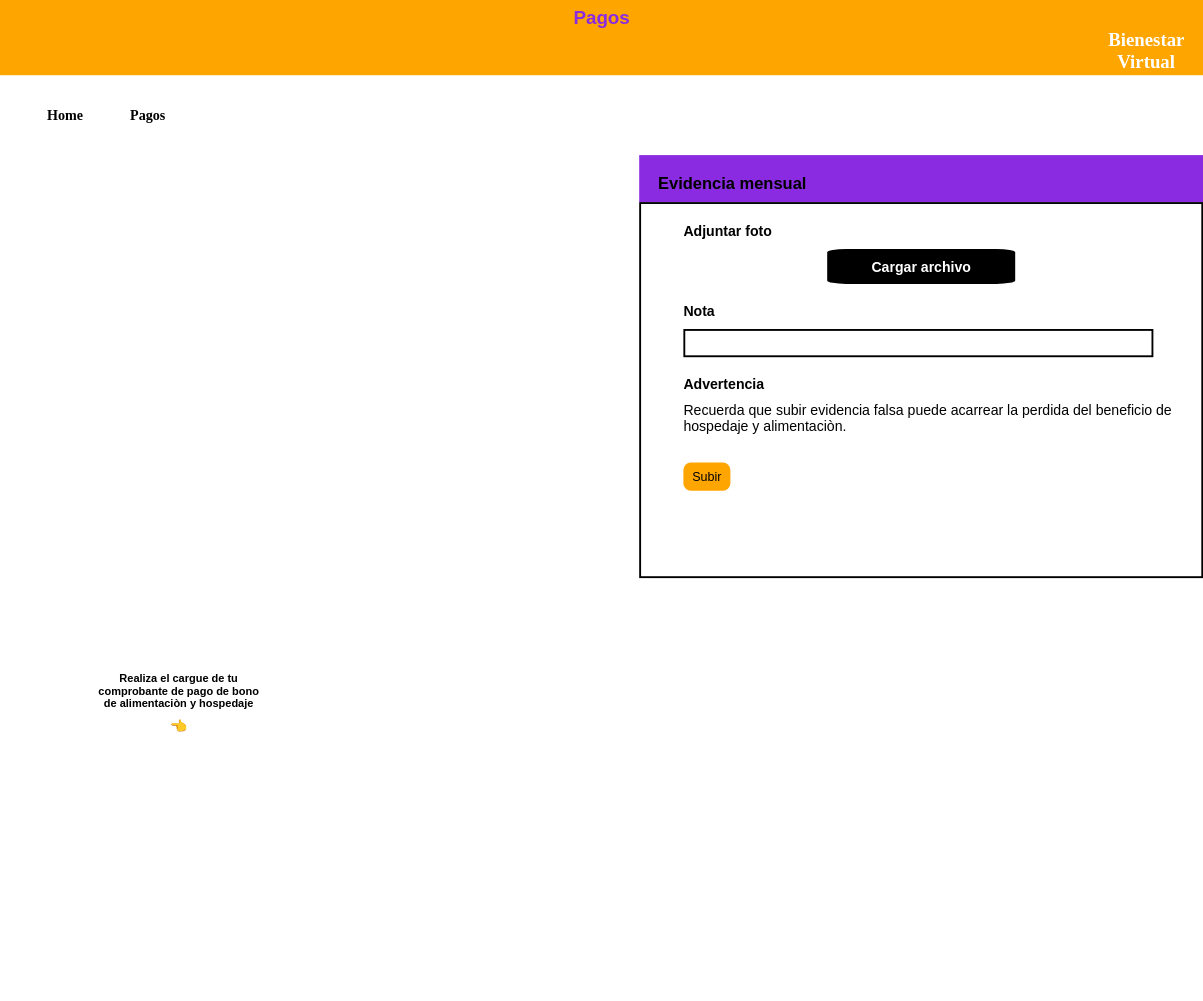
Repository: Diani123/Mis-actividades
Page: softwarebienestarinstitucional/pagos.html
The author's editor kept a copy of each file at every save. The page is drawn from the files as they stood at one save, then again after a run of saves.
The browser window is 1280 px wide. The pictures show the whole page, at 94% of full size.

Above is the page before, as saved 2023-02-12 20:40:04.

### softwarebienestarinstitucional/pagos.html
<!DOCTYPE html>
<html lang="en">
  <head>
    <meta charset="UTF-8" />
    <meta http-equiv="X-UA-Compatible" content="IE=edge" />
    <meta name="viewport" content="width=device-width, initial-scale=1.0" />
    <link rel="stylesheet" href="./pagos.css" />
    <title>Document</title>
  </head>
  <body>
    <header>
      <div class="Encabezado">
        <h2 class="title1">Pagos</h2>
        <h2 class="title2">Bienestar</h2>
        <h2 class="title3">Virtual</h2>
      </div>
    </header>
    <div class="Items">
      <a href="./home.html" class="item"><h2 class="item-title">Home</h2></a>
      <a href="./pagos.html" class="item"><h2 class="item-title">Pagos</h2></a>
    </div>
    <div class="ContainerT">
      <div class="contenedor0">

      </div>

      <div class="contenedor1">
      <div class="ContainerTitle">
        <h3 class="title4">Evidencia mensual</h3>
      </div>
      <div class="Container-dowload">
        <form
          action="../../form-result.php"
          method="post"
          enctype="multipart/form-data"
          target="_blank"
        >
          <p class="textt">Adjuntar foto</p>
          <br />

          <div class="custom-input-file col-md-6 col-sm-6 col-xs-6">
            <input
              type="file"
              id="fichero-tarifas"
              class="input-file"
              value=""
            />
            Cargar archivo
          </div>

          <p class="textt">Nota</p>
          <br />
          <section class="Section-nota">
            <input class="input3" type="text" name="" id="" />
          </section>
          <p class="textt">Advertencia</p>
          <br />
          <h2 class="advertencia">
            Recuerda que subir evidencia falsa puede acarrear la perdida del
            beneficio de hospedaje y alimentaciòn.
          </h2>
          <button class="boton">Subir</button>
        </form>
      </div>
      </div>
      <div class="contenedor2">
        <h3>Realiza el cargue de tu comprobante de pago de bono de alimentaciòn y hospedaje</h3>
        <h2 class="text-contenedor2">👈</h2>
      </div>
    </div>

  </body>
</html>

### softwarebienestarinstitucional/pagos.css
* {
  margin: 0;
  padding: 0;
  box-sizing: border-box;
}
html {
  font-size: 62.5%;
}
html,
body {
  min-height: 100%;
}
.Encabezado {
  display: flex;
  flex-direction: column;
  width: 100%;
  height: 80px;
  background-color: orange;
}
.Items {
  display: flex;
  flex-direction: row;
  text-align: left;
  height: 50px;
  margin-top: 15px;
  margin-bottom: 20px;
}
.title1 {
  padding-top: 8px;
  text-align: center;
  font-size: 2rem;
  font-family: Arial, Helvetica, sans-serif;
  color: blueviolet;
}
.title2 {
  text-align: end;
  margin-right: 20px;
  font-size: 2rem;
  color: white;
}
.title3 {
  text-align: end;
  margin-right: 30px;
  font-size: 2rem;
  color: white;
  padding-top: px;
}
.item-title {
  padding-top: 20px;
  padding-left: 50px;
  color: black;
}
.item {
  text-decoration: none;
}
.item:hover {
  border-bottom: solid 2px orange;
  border-width: 2px;
}

.ContainerTitle {
  margin-left: 300px;
  height: 50px;
  width: 600px;
  background-color: blueviolet;
  padding-left: 20px;
  padding-top: 20px;
  font-size: 1.5rem;
  font-family: Arial, Helvetica, sans-serif;
}
.Container-dowload {
  margin-left: 300px;
  width: 600px;
  height: 400px;
  border: solid 2px black;
}
.ContainerT {
  display: grid;
  grid-template-columns: repeat(2, 1fr);
  grid-template-rows: repeat(2, 1fr);
  grid-column-gap: 0px;
  grid-row-gap: 0px;
}

.textt {
  margin-top: 20px;
  margin-left: 45px;
  font-size: 1.5rem;
  font-weight: 700;
  font-family: Arial, Helvetica, sans-serif;
}
.section1 {
  width: 500px;
  height: 80px;
  margin-left: 45px;
  border: solid 2px black;
  justify-content: center;
  align-items: center;
}

.input3 {
  width: 500px;
  height: 30px;
  margin-left: 45px;
  border: solid 2px black;
}
.advertencia {
  margin-left: 45px;
  font-weight: 100;
  font-family: Arial, Helvetica, sans-serif;
}
.boton {
  margin-top: 30px;
  margin-left: 45px;
  width: 50px;
  height: 30px;
  background-color: orange;
  border-radius: 8px;
  border: none;
  cursor: pointer;
}
.boton:hover {
  box-shadow: 0 0 20px blueviolet;
}
.custom-input-file {
  background-color: black;
  color: #fff;
  cursor: pointer;
  font-size: 1.5rem;
  font-weight: bold;
  margin: 0 auto 0;
  min-height: 15px;
  overflow: hidden;
  padding: 10px;
  position: relative;
  text-align: center;
  width: 200px;
  border-radius: 10%;
  font-family: Arial, Helvetica, sans-serif;
}

.custom-input-file .input-file {
  border: 10000px solid transparent;
  cursor: pointer;
  font-size: 10000px;
  margin: 0;
  opacity: 0;
  outline: 0 none;
  padding: 0;
  position: absolute;
  right: -1000px;
  top: -1000px;
}
.contenedor2{
  margin-left: 80px;
  margin-top: 100px;
  width: 200px;
  height: 50px;
  padding-left: 20px;
  text-align: center;
  font-family: Arial, Helvetica, sans-serif;
  border-radius: solid 2px orange;
}
.text-contenedor2{
  margin-top: 10px;
}

After the next 2 saves:
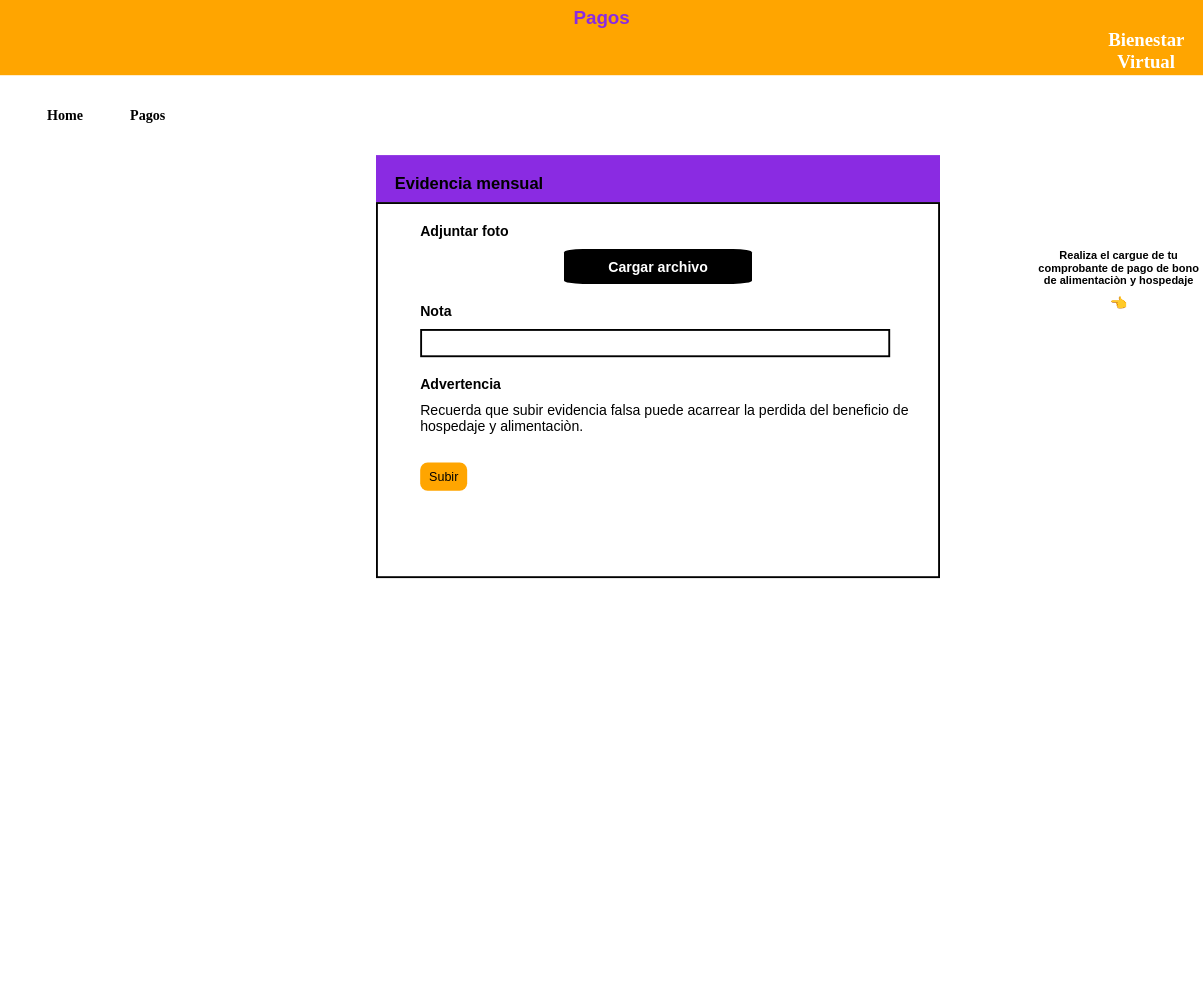
The 2 saves are shown as one change because they came seconds apart.
The last was saved 22 s later.
--- a/softwarebienestarinstitucional/pagos.css
+++ b/softwarebienestarinstitucional/pagos.css
@@ -76,7 +76,7 @@ body {
 }
 .ContainerT {
   display: grid;
-  grid-template-columns: repeat(2, 1fr);
+  grid-template-columns: repeat(3, 1fr);
   grid-template-rows: repeat(2, 1fr);
   grid-column-gap: 0px;
   grid-row-gap: 0px;
